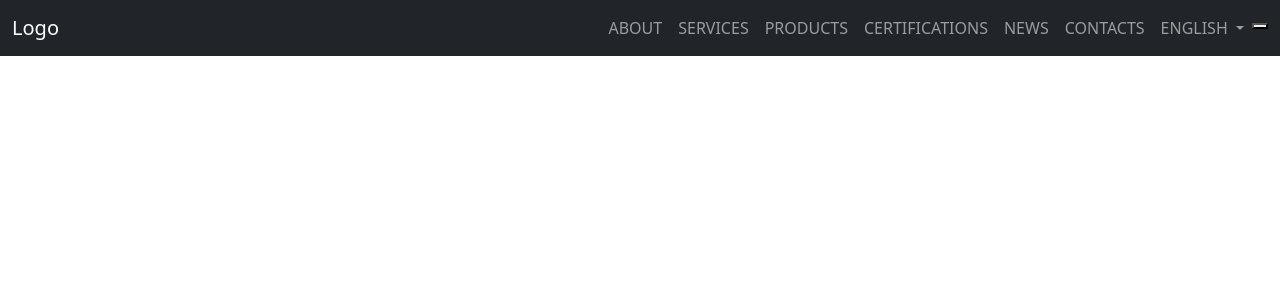
Repository: nourHellani/Buckler
Page: index.html
The author's editor kept a copy of each file at every save. The page is drawn from the files as they stood at one save, then again after the next save.
The browser window is 1280 px wide. The pictures show the whole page.

Above is the page before, as saved 2023-02-13 11:09:33.

### index.html
<!DOCTYPE html>
<html lang="en">
<head>
    <meta charset="UTF-8">
    <meta http-equiv="X-UA-Compatible" content="IE=edge">
    <meta name="viewport" content="width=device-width, initial-scale=1.0">
    <link href="https://cdn.jsdelivr.net/npm/bootstrap@5.2.3/dist/css/bootstrap.min.css" rel="stylesheet">
    <script src="https://cdn.jsdelivr.net/npm/bootstrap@5.2.3/dist/js/bootstrap.bundle.min.js"></script>

    <title>Buckler</title>
</head>
<body>

    <nav class="navbar navbar-expand-sm navbar-dark bg-dark">
        <div class="container-fluid">
          <a class="navbar-brand" href="javascript:void(0)">Logo</a>
          <button class="navbar-toggler" type="button" data-bs-toggle="collapse" data-bs-target="#mynavbar">
            <span class="navbar-toggler-icon"></span>
          </button>

            <form class="d-flex">
                <div class="collapse navbar-collapse" id="mynavbar">
                    <ul class="navbar-nav me-auto">
                      <li class="nav-item">
                        <a class="nav-link" href="javascript:void(0)">ABOUT</a>
                      </li>
                      <li class="nav-item">
                        <a class="nav-link" href="javascript:void(0)">SERVICES</a>
                      </li>
                      <li class="nav-item">
                        <a class="nav-link" href="javascript:void(0)">PRODUCTS</a>
                      </li>
                      <li class="nav-item">
                        <a class="nav-link" href="javascript:void(0)">CERTIFICATIONS</a>
                      </li>
                      <li class="nav-item">
                        <a class="nav-link" href="javascript:void(0)">NEWS</a>
                      </li>
                      <li class="nav-item">
                        <a class="nav-link" href="javascript:void(0)">CONTACTS</a>
                      </li>
                      <li class="nav-item dropdown">
                        <a class="nav-link dropdown-toggle" href="#" id="navbarScrollingDropdown" role="button" data-bs-toggle="dropdown" aria-expanded="false">
                            ENGLISH
                        </a>
                        <ul class="dropdown-menu" aria-labelledby="navbarScrollingDropdown">
                          <li><a class="dropdown-item" href="#">ENGLISH</a></li>
                          <li><a class="dropdown-item" href="#">ARABIC</a></li>
                        </ul>
                      </li>
                      <li class="nav-item">
                        <button type="submit"><i class="bi bi-search"></i></button>
                        <a class="nav-link" href="javascript:void(0)"><i class="bi bi-search"></i></a>
                      </li>

                    </ul>
            </form>
          </div>
        </div>
      </nav>

</body>
</html>

After the next save:
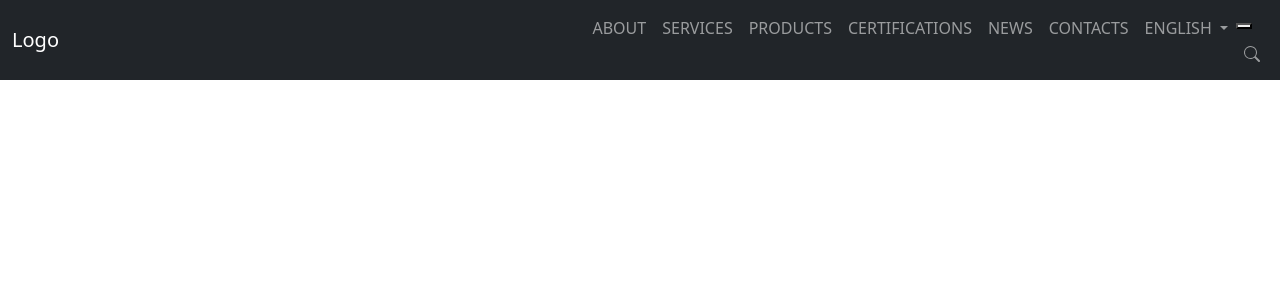
Saved 21 s later.
--- a/index.html
+++ b/index.html
@@ -50,7 +50,9 @@
                       </li>
                       <li class="nav-item">
                         <button type="submit"><i class="bi bi-search"></i></button>
-                        <a class="nav-link" href="javascript:void(0)"><i class="bi bi-search"></i></a>
+                        <a class="nav-link" href="javascript:void(0)"><svg xmlns="http://www.w3.org/2000/svg" width="16" height="16" fill="currentColor" class="bi bi-search" viewBox="0 0 16 16">
+                            <path d="M11.742 10.344a6.5 6.5 0 1 0-1.397 1.398h-.001c.03.04.062.078.098.115l3.85 3.85a1 1 0 0 0 1.415-1.414l-3.85-3.85a1.007 1.007 0 0 0-.115-.1zM12 6.5a5.5 5.5 0 1 1-11 0 5.5 5.5 0 0 1 11 0z"/>
+                          </svg></a>
                       </li>
 
                     </ul>
